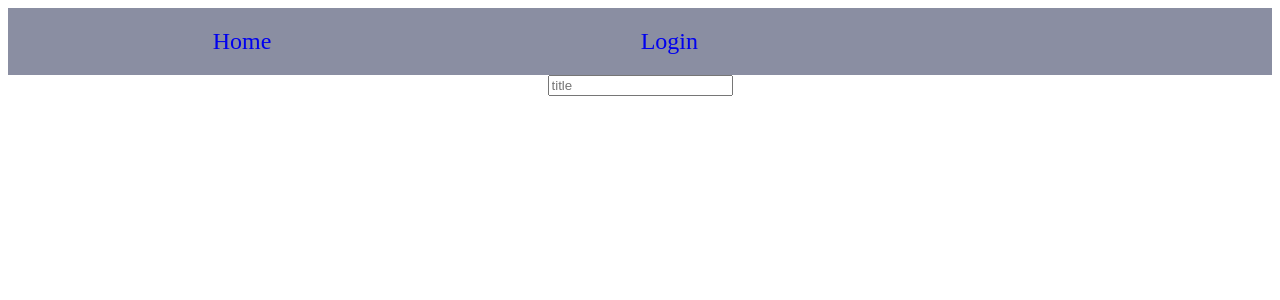
Repository: albinsabu2023/postapp
Page: /createpost
An editor plug-in stored every save of this project. The page is shown before and after the next save, followed by the edit.
The browser window is 1280 px wide. The pictures show the whole page.
The project was rebuilt for these pictures with package versions that can differ from the ones it lists, and the page was loaded fresh each time. Also part of the build but not shown: src/Components/Home.tsx, src/Components/Login.tsx.

Above is the page before, as saved 2024-02-05 09:25:24.

### src/App.tsx
import  {BrowserRouter as Router,Routes,Route} from "react-router-dom"
import './App.css';
import Home from "./Components/Home";
import Login from "./Components/Login";
import Navbar from "./Components/Navbar";
import CreatePosts from "./create-post/CreatePosts";


function App() {
  return (
    <div className="App">
      <Router>
         <Navbar/>
        <Routes>
          <Route path ="/" element={<Home/>}/>
          <Route path="/login" element={<Login/>}/>
          <Route path="/createpost" element={<CreatePosts/>}/>
        </Routes>
      </Router>
    </div>
  );
}

export default App;

### src/Components/Navbar.tsx
import React from 'react'
import { Link } from 'react-router-dom'
import  "./Navbar.css"
import {auth } from  "../config/firebase"
import { useAuthState } from 'react-firebase-hooks/auth'
import { signOut } from 'firebase/auth'
function Navbar() {
    const  [user] =useAuthState(auth);
    const signUserOut =async ()=>{
        await signOut(auth);
    }
  return (
    <div className="navContainer">
        <Link to ="/">Home</Link>

        {
            !user ?
            <Link to ="Login">Login</Link> :
            <Link to ="/createpost">CreatePost</Link>
        }
        <div>
            {user&&
            <>
            <p>{user?.displayName}</p>
            <img src={user?.photoURL|| "" } alt="" width="30" height="30"
            />
            <button onClick={signUserOut}>Logout</button>
            </>
            }
        </div>


    </div>
  )
}

export default Navbar

### src/create-post/CreatePosts.tsx
import React from 'react'
import CreateForm from './CreateForm'

function CreatePosts() {



  return (
    <div>
        <CreateForm/>
    </div>
  )
}

export default CreatePosts

### src/config/firebase.ts
// Import the functions you need from the SDKs you need
import { initializeApp } from "firebase/app";
import {getAuth,GoogleAuthProvider} from "firebase/auth"
// Your web app's Firebase configuration
const firebaseConfig = {
  apiKey: "AIzaSyAXzQPkCsYKttYouVkFv4r2aLbj-85i5zE",
  authDomain: "react-course-dd6fc.firebaseapp.com",
  projectId: "react-course-dd6fc",
  storageBucket: "react-course-dd6fc.appspot.com",
  messagingSenderId: "692642929267",
  appId: "1:692642929267:web:22ba5d27ba69920755e806"
};
// Initialize Firebase
const app = initializeApp(firebaseConfig);
export const auth=getAuth(app);
export const provider = new GoogleAuthProvider();

### src/Components/Navbar.css
.navContainer{
    display: flex;
    align-items: center;
    justify-content: space-around;
    background-color: rgb(138, 142, 162);
    padding: 20px;



}
.navContainer :link{
    text-decoration:none;
    text-decoration-color: rgb(128, 127, 127);
    font-size: x-large;

}

### src/create-post/CreateForm.tsx
import React from 'react'

import {useForm} from  "react-hooks-useform"

import * as yup from "yup"
function CreateForm() {
  return (
    <form>
        <input type="text"  placeholder='title'/>
    </form>
  )
}

export default CreateForm

Loaded but not shown: public/index.html (common file); src/index.tsx (common file); src/App.css (common file)

After the next save:
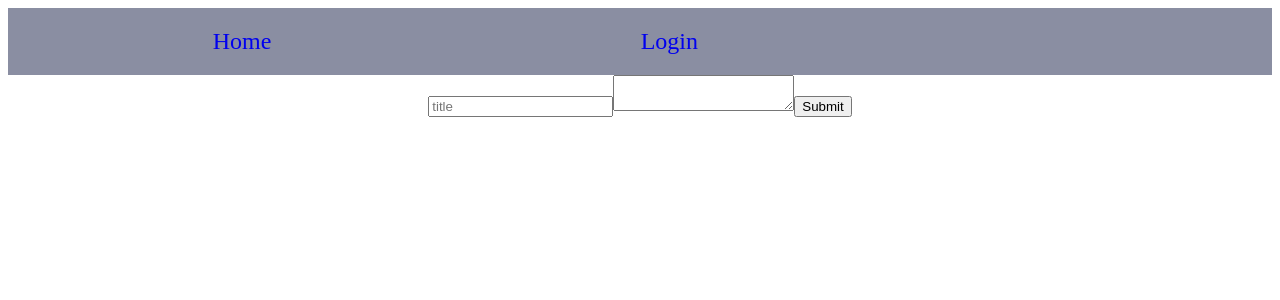
Saved 40 s later.
--- a/src/create-post/CreateForm.tsx
+++ b/src/create-post/CreateForm.tsx
@@ -7,6 +7,8 @@ function CreateForm() {
   return (
     <form>
         <input type="text"  placeholder='title'/>
+        <textarea maxLength={300}/>
+        <input type="submit" />
     </form>
   )
 }
